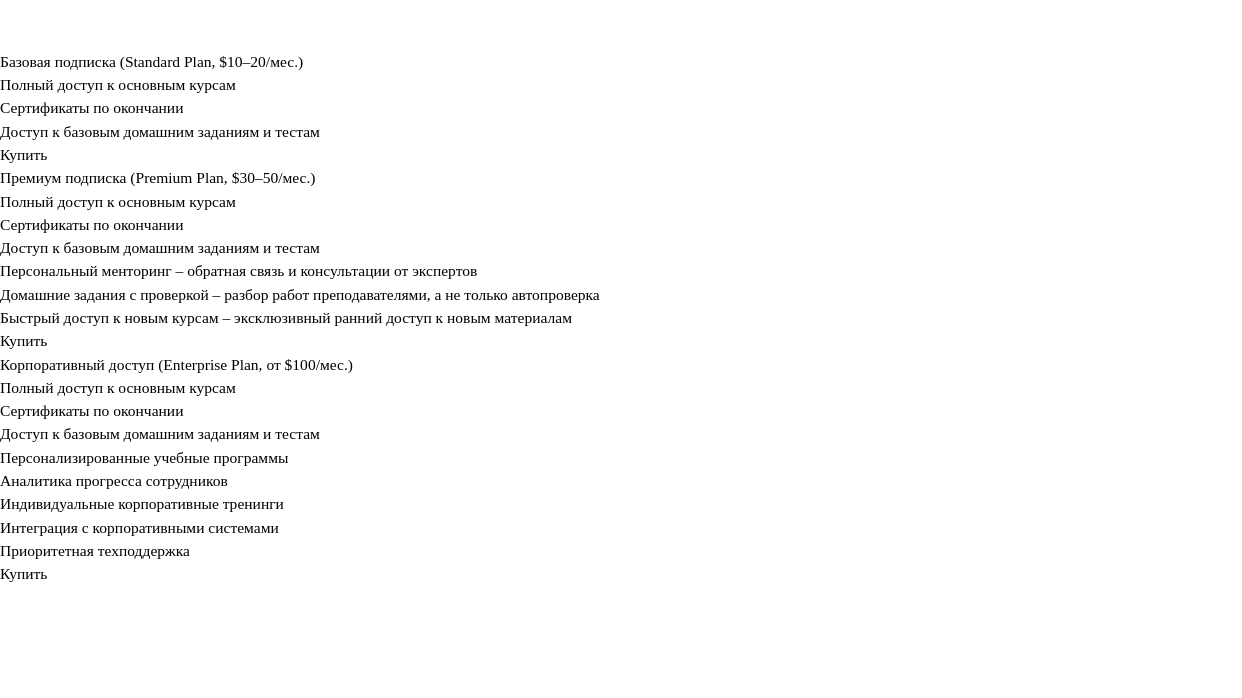
Repository: marjango/course
Page: /pricepage
These files come from the project's save history. The page is drawn as it stood at one moment and after the next save; the edit follows.
The browser window is 1280 px wide. The pictures show the whole page, at 97% of full size.
The project was rebuilt for these pictures with package versions that can differ from the ones it lists, and the page was loaded fresh each time. The framework's server and built-in components were replaced by stand-ins that run in the browser. Also part of the build but not shown: next.config.ts, app/coursespage/courses.module.css.

Above is the page before, as saved 2025-03-26 20:49:02.

After the next save:
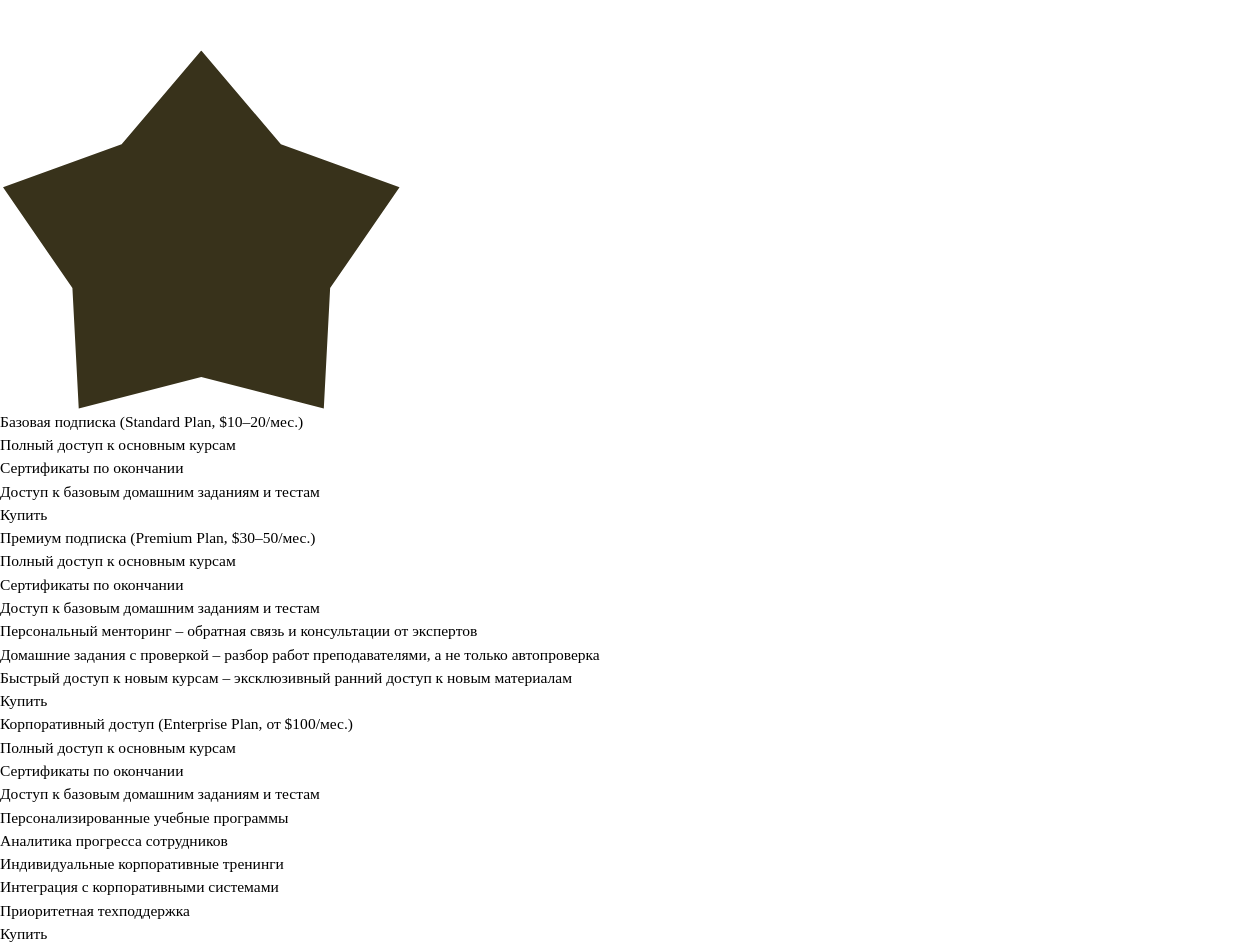
Saved 65 s later.
--- a/app/pricepage/page.tsx
+++ b/app/pricepage/page.tsx
@@ -2,13 +2,14 @@ import React from "react";
 import Image from "next/image";
 import s from "./courses.module.css";
 import Link from "next/link";
+import star from './Star.svg'
 
 const pricepage = () => {
   return (
     <>
       <h1>Цены</h1>
       <div className={s.column}>
-        <span></span>
+      <Image src={star} width={415} height={235} alt="course" />
         <h3>Базовая подписка (Standard Plan, $10–20/мес.)</h3>
         <ul>
           <li>Полный доступ к основным курсам</li>
